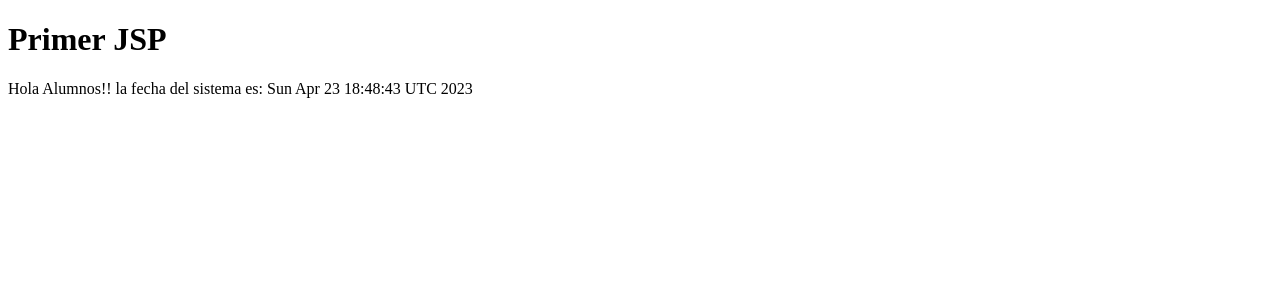
Repository: FernandoJFernandez/Curso-java-2022
Page: http://localhost/Primeros_pasos_JSP/saludo.jsp
These files come from the project's save history. The page is drawn as it stood at one moment and after the next save; the edit follows.
The browser window is 1280 px wide. The pictures show the whole page.
The page is served by Tomcat 9.

Above is the page before, as saved 2023-04-23 18:59:54.

After the next save:
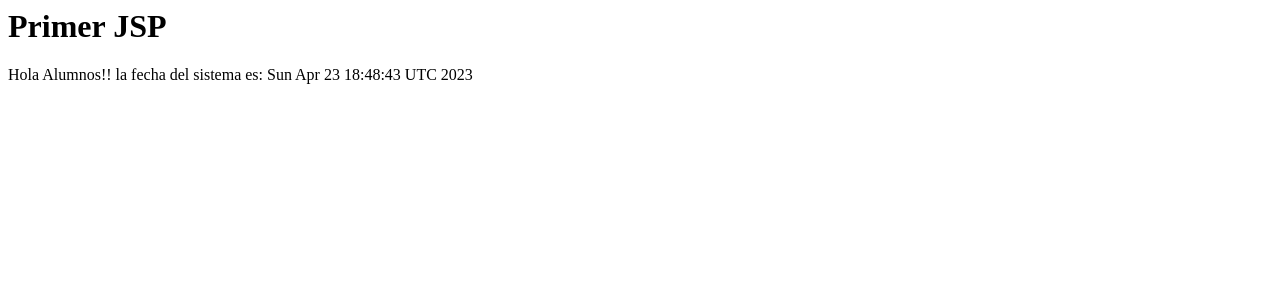
Saved 2 min 10 s later.
--- a/Primeros_pasos_JSP/src/main/webapp/saludo.jsp
+++ b/Primeros_pasos_JSP/src/main/webapp/saludo.jsp
@@ -1,10 +1,6 @@
-<%@ page language="java" contentType="text/html; charset=UTF-8"
-    pageEncoding="UTF-8"%>
-<!DOCTYPE html>
 <html>
 <head>
-<meta charset="UTF-8">
-<title>Primer JSP</title>
+	<title>Primer JSP</title>
 </head>
 <body>
 	<h1>Primer JSP</h1>
